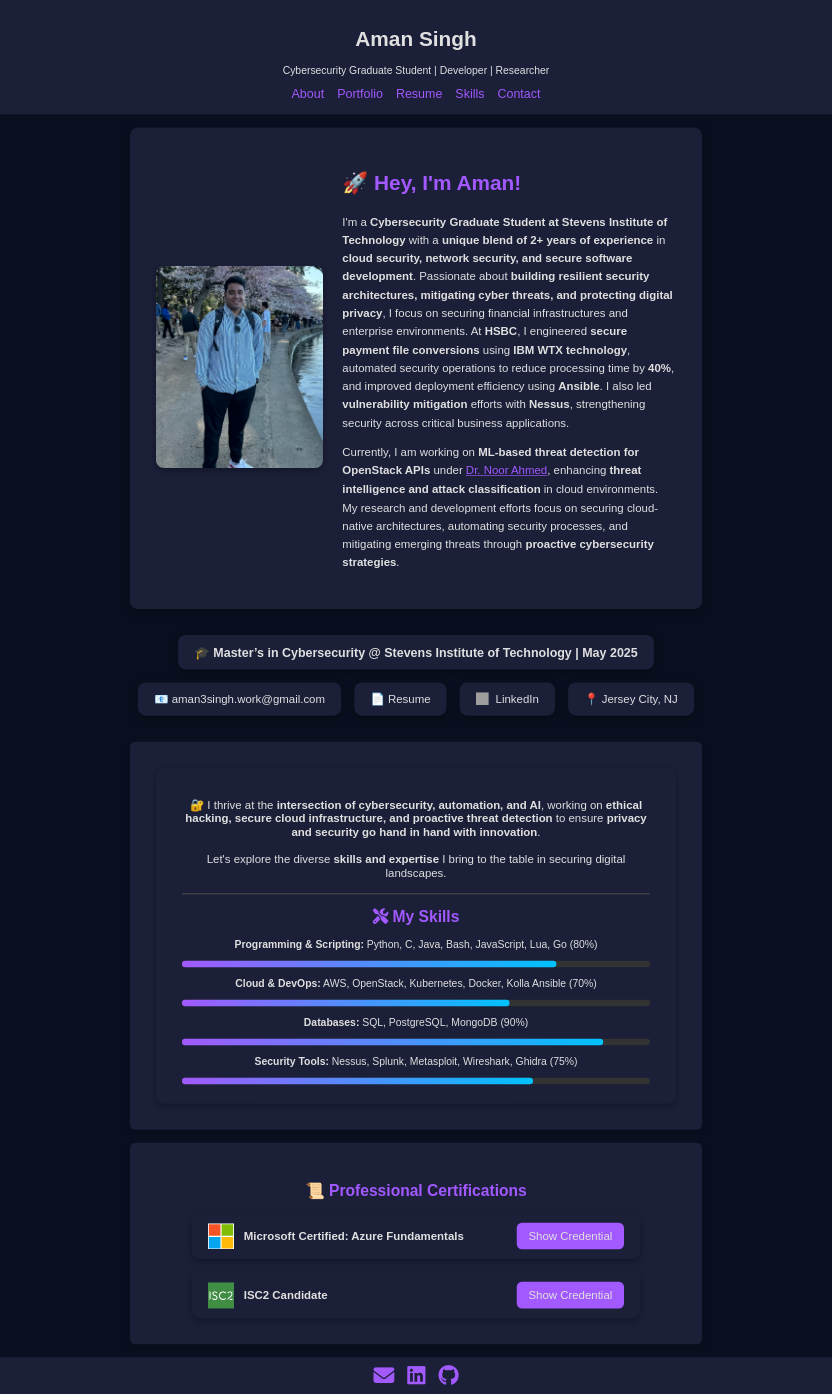
Repository: aman3singh/portfolio
Page: index.html
An editor plug-in stored every save of this project. The page is shown before and after the next save, followed by the edit.
The browser window is 1280 px wide. The pictures show the whole page, at 65% of full size.
Pictures or frames that could not be fetched are drawn as grey boxes.

Above is the page before, as saved 2025-02-12 00:29:29.

After the next save:
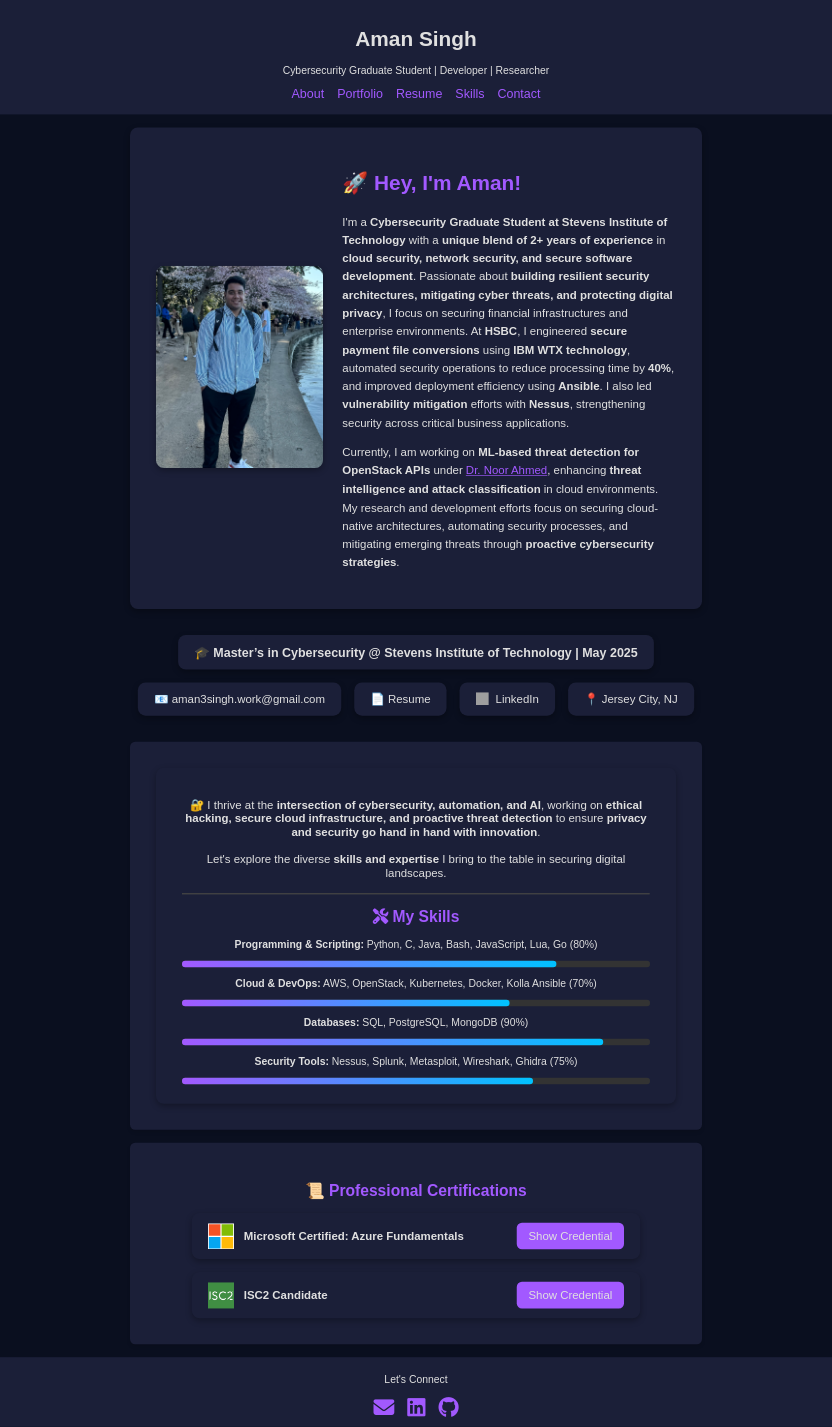
Saved 2 min 11 s later.
--- a/index.html
+++ b/index.html
@@ -115,6 +115,7 @@
     </section>
 
     <footer id="contact">
+        <p class="footer-heading">Let's Connect</p>
             <div class="social-links" style="display: flex; gap: 20px; font-size: 2rem;">
                 <a href="mailto:aman3singh.work@gmail.com" target="_blank">
                     <i class="fa-solid fa-envelope"></i>
